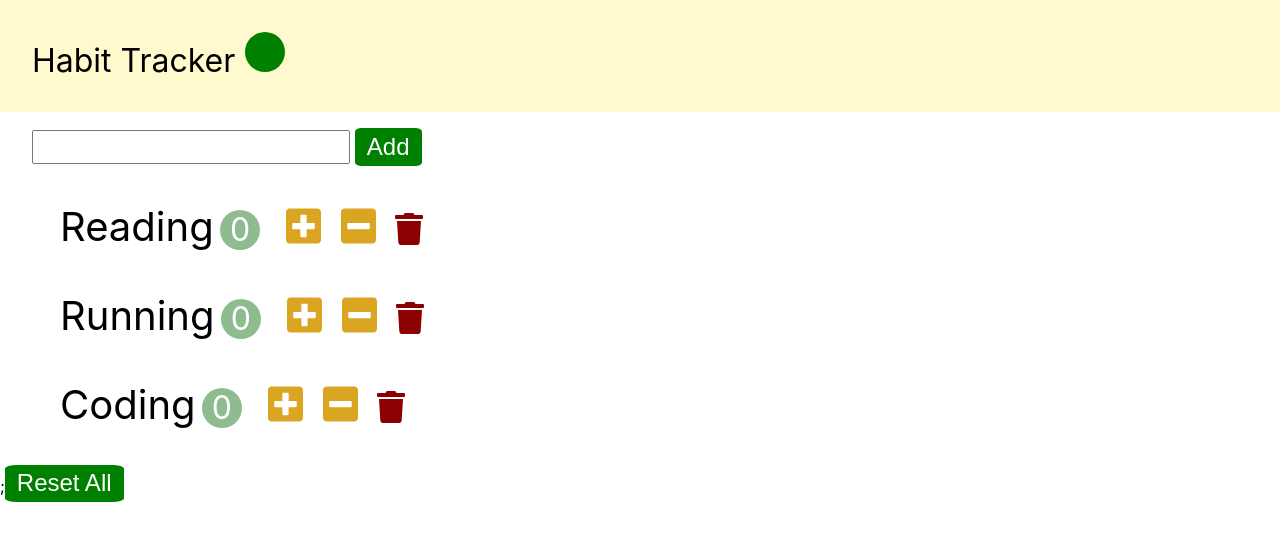
Repository: BokyungJeon/react-habit-tracker
Page: /
The author's editor kept a copy of each file at every save. The page is drawn from the files as they stood at one save, then again after the next save.
The browser window is 1280 px wide. The pictures show the whole page.
The project was rebuilt for these pictures with package versions that can differ from the ones it lists, and the page was loaded fresh each time.

Above is the page before, as saved 2021-09-30 18:57:57.

### src/index.js
import React from "react";
import ReactDOM from "react-dom";
import "./index.css";
import App from "./App.jsx";
import "@fortawesome/fontawesome-free/js/all.js";

ReactDOM.render(
  <React.StrictMode>
    <App />
  </React.StrictMode>,
  document.getElementById("root")
);

### src/App.jsx
import React, { Component } from "react";
import "./App.css";
import Habits from "./components/habits";

class App extends Component {
  render() {
    return (
      <div>
        <header className="navbar">
          <i className="navber-logo"></i>
          <span>Habit Tracker</span>
          <span className="navbar-count"></span>
        </header>
        <form className="add-form">
          <input type="text" className="add-input" />
          <button className="add-button">Add</button>
        </form>
        <Habits />;<button className="add-button">Reset All</button>
      </div>
    );
  }
}

export default App;

### src/App.css
* {
  /* padding과 border가 width와 height에 포함되도록함 */
  box-sizing: border-box;
}

/* 버튼 초기화 */
button {
  outline: none;
  border: 0;
  cursor: pointer;
}

.navbar {
  font-size: 2rem;
  padding: 1em;
  background-color: lemonchiffon;
}

.navbar-logo {
  color: green;
  margin-right: 0.5em;
}

.navbar-count {
  display: inline-block;
  text-align: center;
  font-size: 2rem;
  width: 2.5rem;
  height: 2.5rem;
  margin-left: 0.3em;
  background-color: green;
  color: white;
  border-radius: 50%;
}

.habits {
  padding: 0.5em;
  padding-top: 2em;
}

.add-form {
  padding-top: 1em;
  margin-left: 2em;
}

.add-input {
  font-size: 1.5rem;
  margin-right: 0.2em;
}

.add-button {
  height: 90%;
  font-size: 1.5rem;
  padding: 0.3rem 0.5em;
  background-color: green;
  color: white;
  border-radius: 10%;
}

.habit {
  font-size: 2.5rem;
  padding: 0.5em;
  list-style: none;
}

.habit-count {
  display: inline-block;
  text-align: center;
  font-size: 2rem;
  width: 2.5rem;
  height: 2.5rem;
  margin-left: 0.2em;
  margin-right: 0.5em;
  background-color: darkseagreen;
  color: white;
  border-radius: 50%;
}

.habit-button {
  font-size: 2.5rem;
  margin: 0 0.1em;
  background-color: transparent;
}

.habit-button:hover {
  opacity: 0.8;
}

.habit-increase,
.habit-decrease {
  color: goldenrod;
}

.habit-delete {
  font-size: 2rem;
  color: darkred;
}

.habits-reset {
  font-size: 1.5rem;
  padding: 0.2em 1em;
  background-color: green;
  color: white;
  margin-left: 2em;
}

### src/components/habits.jsx
import React, { Component } from "react";
import Habit from "./habit";

class habits extends Component {
  state = {
    habits: [
      // id는 key를 위해 지정
      { id: 1, name: "Reading", count: 0 },
      { id: 2, name: "Running", count: 0 },
      { id: 3, name: "Coding", count: 0 },
    ],
  };

  handleIncreament = (habit) => {
    console.log(`handleIncrement ${habit.name}`);
    const habits = [...this.state.habits]; // 새로운 배열껍데기에 배열 내용을 하나하나 복사해옴(주소값 복사한 것이기 때문에 같은 개체임)
    const index = habits.indexOf(habit);
    habits[index].count++;
    this.setState({ habits }); // { habits: habits } 키와 밸류가 같으면 생략가능
    // 아래처럼 리액트에서 state 오브젝트를 직접 수정하는 것은 좋지 않다.
    // habit.count++;
    // this.setState(this.state);
  };

  handleDecreament = (habit) => {
    console.log(`handleDecrement ${habit.name}`);
    const habits = [...this.state.habits];
    const index = habits.indexOf(habit);
    const count = habits[index].count - 1;
    habits[index].count = count < 0 ? 0 : count; // 직접수정하므로 좋지않은 코드
    this.setState({ habits });
  };

  handleDelete = (habit) => {
    console.log(`handleDelete ${habit.name}`);
    const habits = this.state.habits.filter((item) => item.id !== habit.id);
    this.setState({ habits });
  };

  render() {
    return (
      <ul>
        {this.state.habits.map((habit) => (
          // key에 고유한 값을 지정해 주어 리액트의 불필요한 재렌더링을 방지해 성능을 개선한다.
          // 배열의 인덱스는 사용금지. 같은 아이템도 순서가 바뀌면 배열의 인덱스가 바뀌는데 키 값이 되면 동일한 오브젝트여도 인식하지 못함.
          <Habit
            key={habit.id}
            habit={habit}
            onIncreament={this.handleIncreament}
            onDecreament={this.handleDecreament}
            onDelete={this.handleDelete}
          />
        ))}
      </ul>
    );
  }
}

export default habits;

### src/components/habit.jsx
import React, { Component } from "react";

class Habit extends Component {
  handleIncreament = () => {
    this.props.onIncreament(this.props.habit);
  };

  handleDecreament = () => {
    this.props.onDecreament(this.props.habit);
  };

  handleDelete = () => {
    this.props.onDelete(this.props.habit);
  };

  render() {
    const { name, count } = this.props.habit;
    return (
      <li className="habit">
        <span className="habit-name">{name}</span>
        <span className="habit-count">{count}</span>
        <button
          className="habit-button habit-increase"
          onClick={this.handleIncreament}
          // 함수에 전달되는 인자와 그 안에서 호출하는 인자가 동일한 경우 문법을 간소화 할 수 있다.
          // onClick={(event) => this.handleIncreament(event)}의 문법 간소화
          // onClick={(event) => this.makeMeal(this.rice)}처럼 전달되는 인자가 다른 경우에는 생략할 수 없다.
        >
          <i className="fas fa-plus-square"></i>
        </button>
        <button
          className="habit-button habit-decrease"
          onClick={this.handleDecreament}
        >
          <i className="fas fa-minus-square"></i>
        </button>
        <button
          className="habit-button habit-delete"
          onClick={this.handleDelete}
        >
          <i className="fas fa-trash"></i>
        </button>
      </li>
    );
  }
}

export default Habit;

Loaded but not shown: public/index.html (common file); src/index.css (common file)

After the next save:
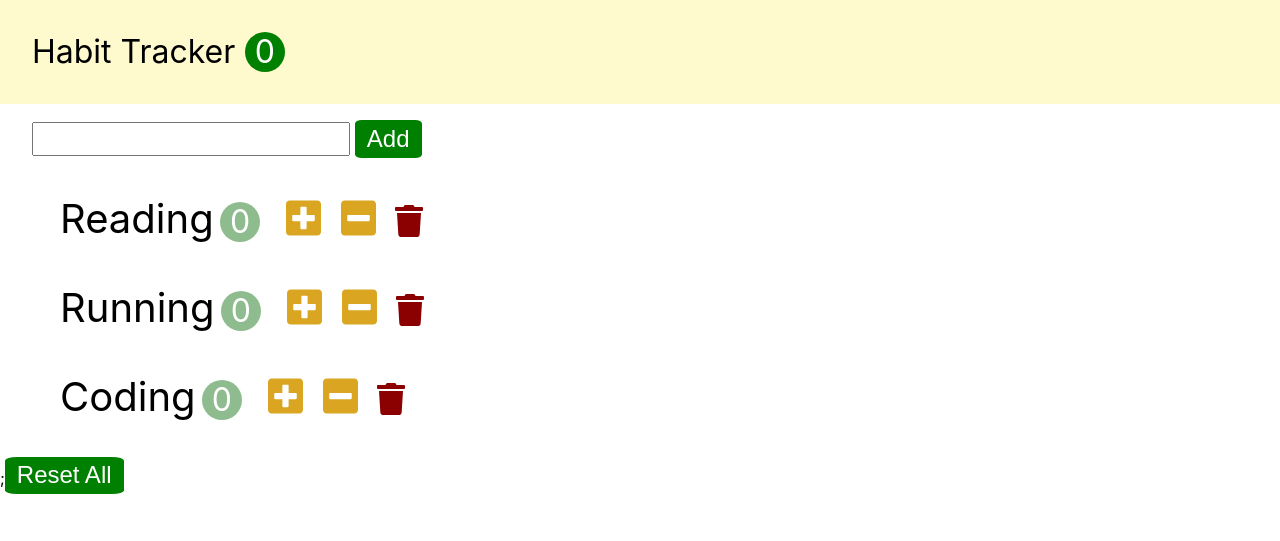
Saved 4 s later.
--- a/src/App.jsx
+++ b/src/App.jsx
@@ -9,7 +9,7 @@ class App extends Component {
         <header className="navbar">
           <i className="navber-logo"></i>
           <span>Habit Tracker</span>
-          <span className="navbar-count"></span>
+          <span className="navbar-count">0</span>
         </header>
         <form className="add-form">
           <input type="text" className="add-input" />
